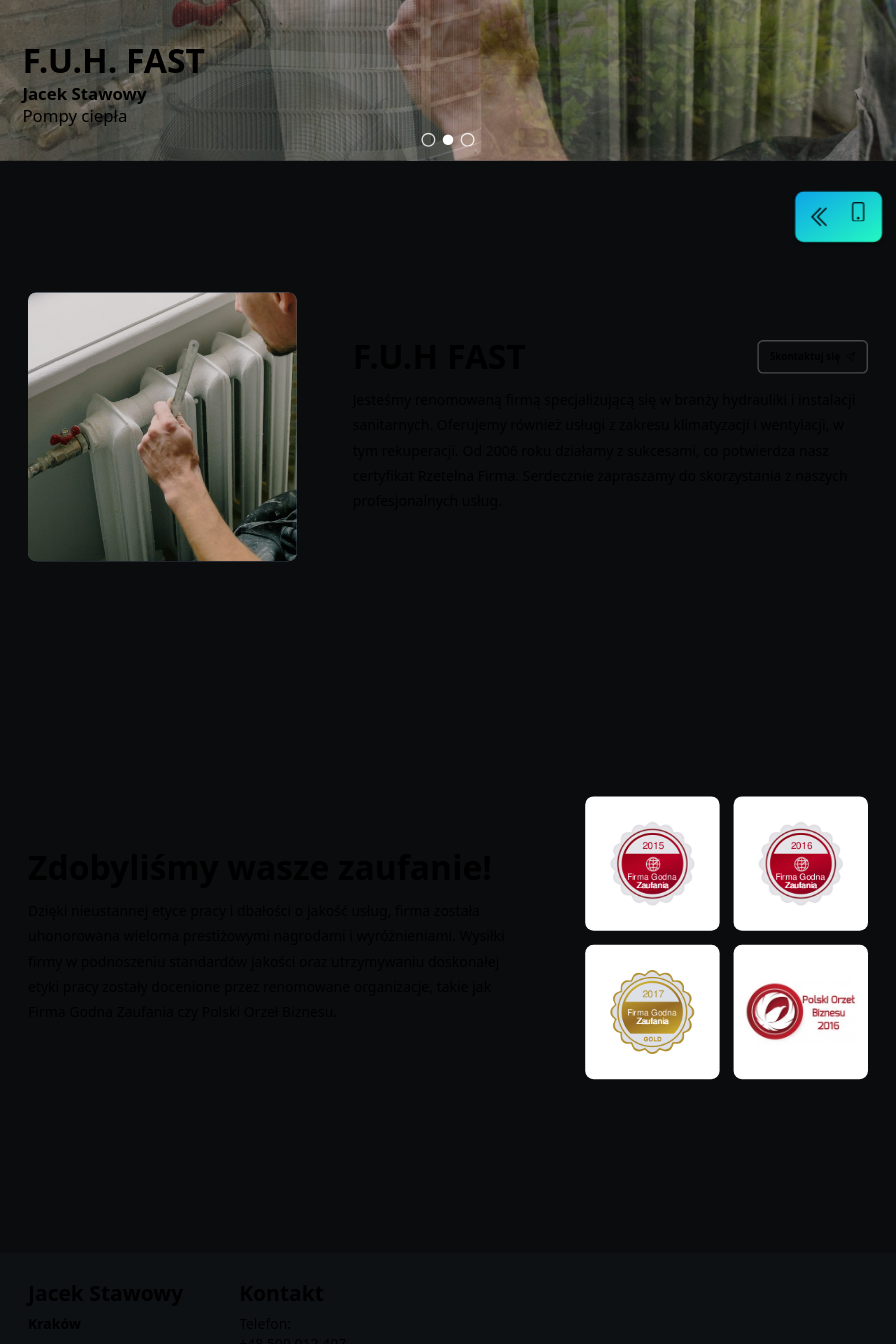
Repository: piotrokrutniak/Fast-CompanyWebsite
Page: /
These files come from the project's save history. The page is drawn as it stood at one moment and after the next save; the edit follows.
The browser window is 1280 px wide. The pictures show the part of the page from y = 354 to 2274 px (the page is 2540 px tall before and 3072 px after), at 70% of full size.
The project was rebuilt for these pictures with package versions that can differ from the ones it lists, and the page was loaded fresh each time. The framework's server and built-in components were replaced by stand-ins that run in the browser. Also part of the build but not shown: next.config.js, src/app/components/common/carousel.js.

Above is the page before, as saved 2023-10-22 12:06:43.

After the next save:
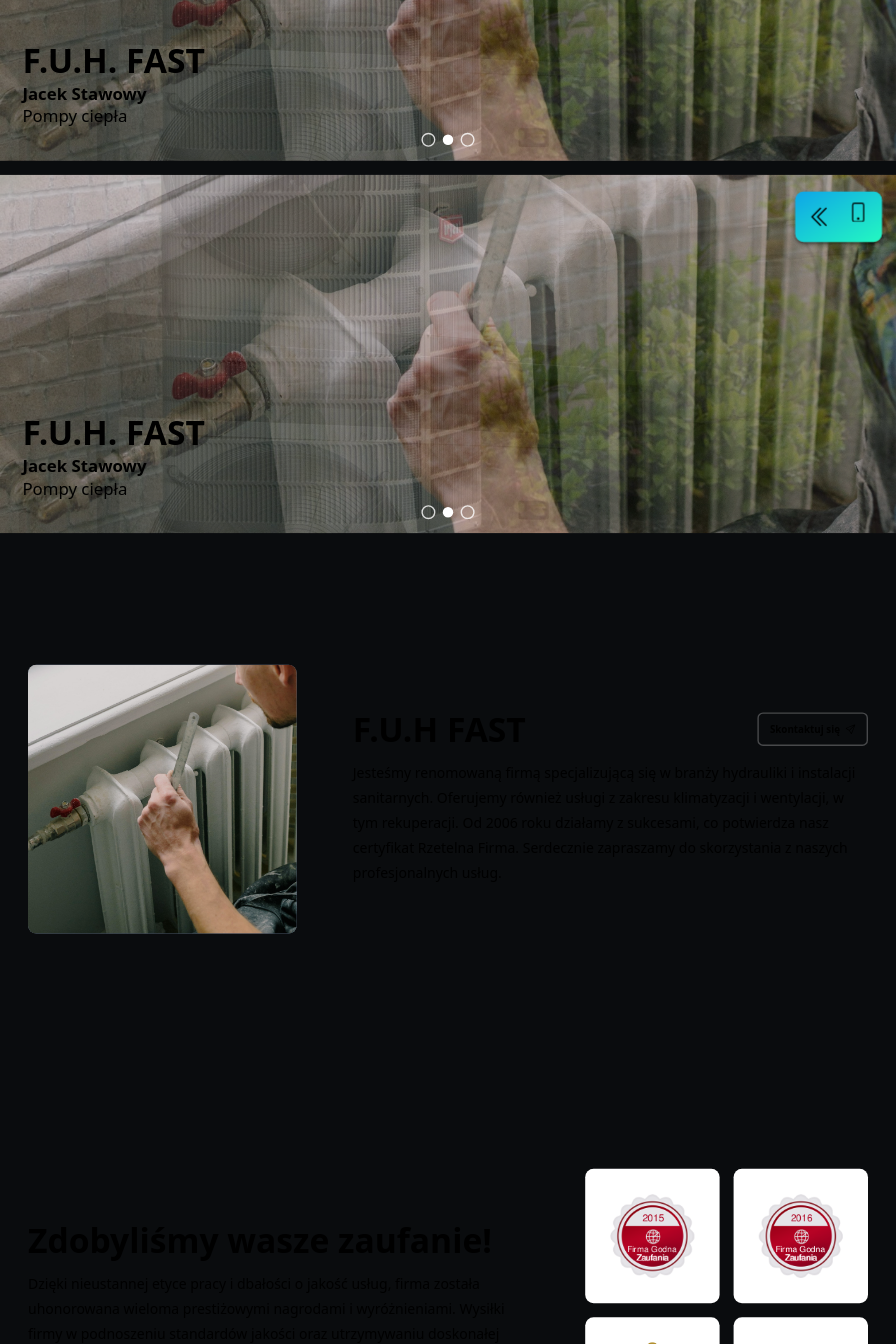
Saved 10 s later.
--- a/src/app/page.js
+++ b/src/app/page.js
@@ -11,6 +11,7 @@ import ac2 from "./media/img/heat-pump-2.jpg"
 import ac3 from "./media/img/heating-2.jpg"
 import Link from 'next/link';
 import { CarouselSlider } from './components/common/carouselSlider';
+import { CarouselSliderBeta } from './components/common/carouselSliderBeta';
 
 
 export default function Home() {
@@ -24,6 +25,7 @@ export default function Home() {
   return (
     <>
     <CarouselSlider slides={slides}/>
+    <CarouselSliderBeta slides={slides}/>
     <main className="min-h-screen">
       <div className="z-10 w-full items-center justify-between text-sm lg:flex p-10 max-xs:p-5">
         <div className='max-w-7xl m-auto flex gap-20 py-10 sm:py-32 align-middle h-full max-md:flex-col-reverse max-lg:gap-10'>
